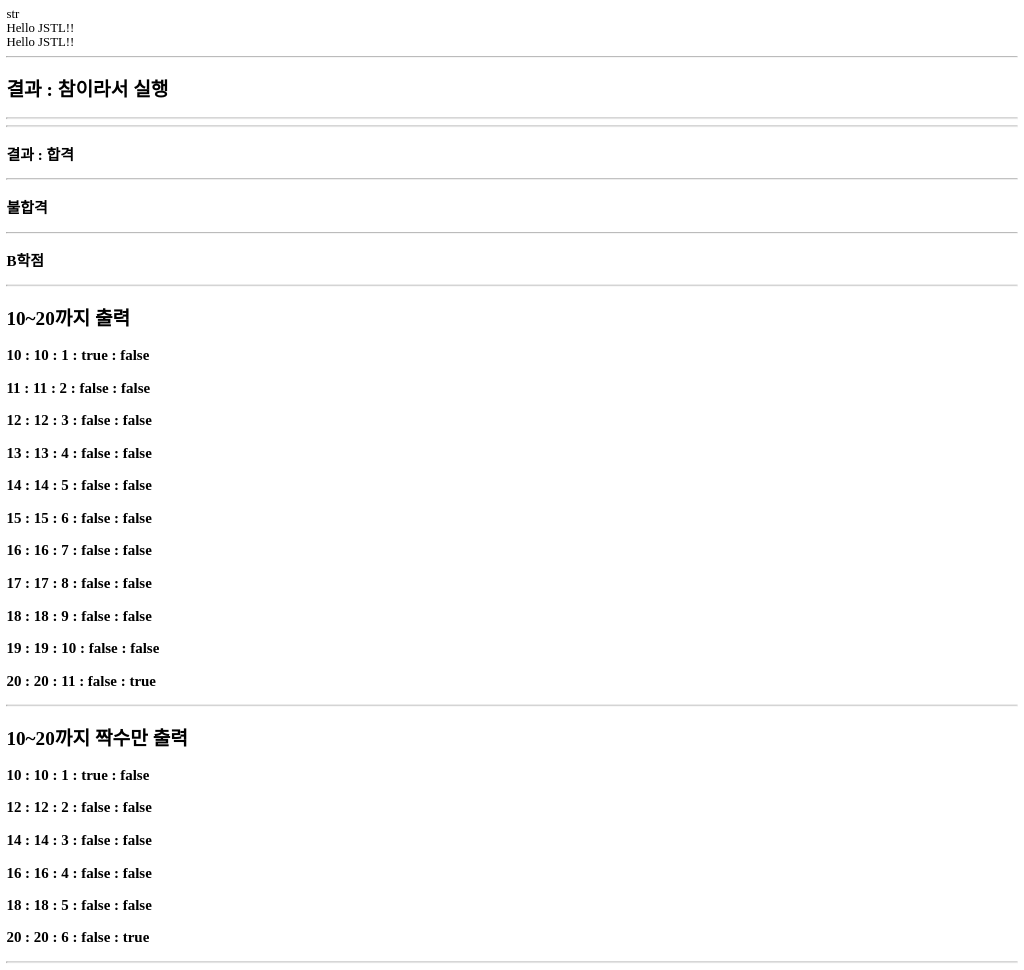
Repository: hagjun/jspstudy
Page: http://localhost/01_servlet/jsp/ex09_jstl.jsp
An editor plug-in stored every save of this project. The page is shown before and after the next save, followed by the edit.
The browser window is 1280 px wide. The pictures show the whole page, at 80% of full size.
The page is served by Tomcat 9.

Above is the page before, as saved 2024-03-07 02:59:55.

After the next save:
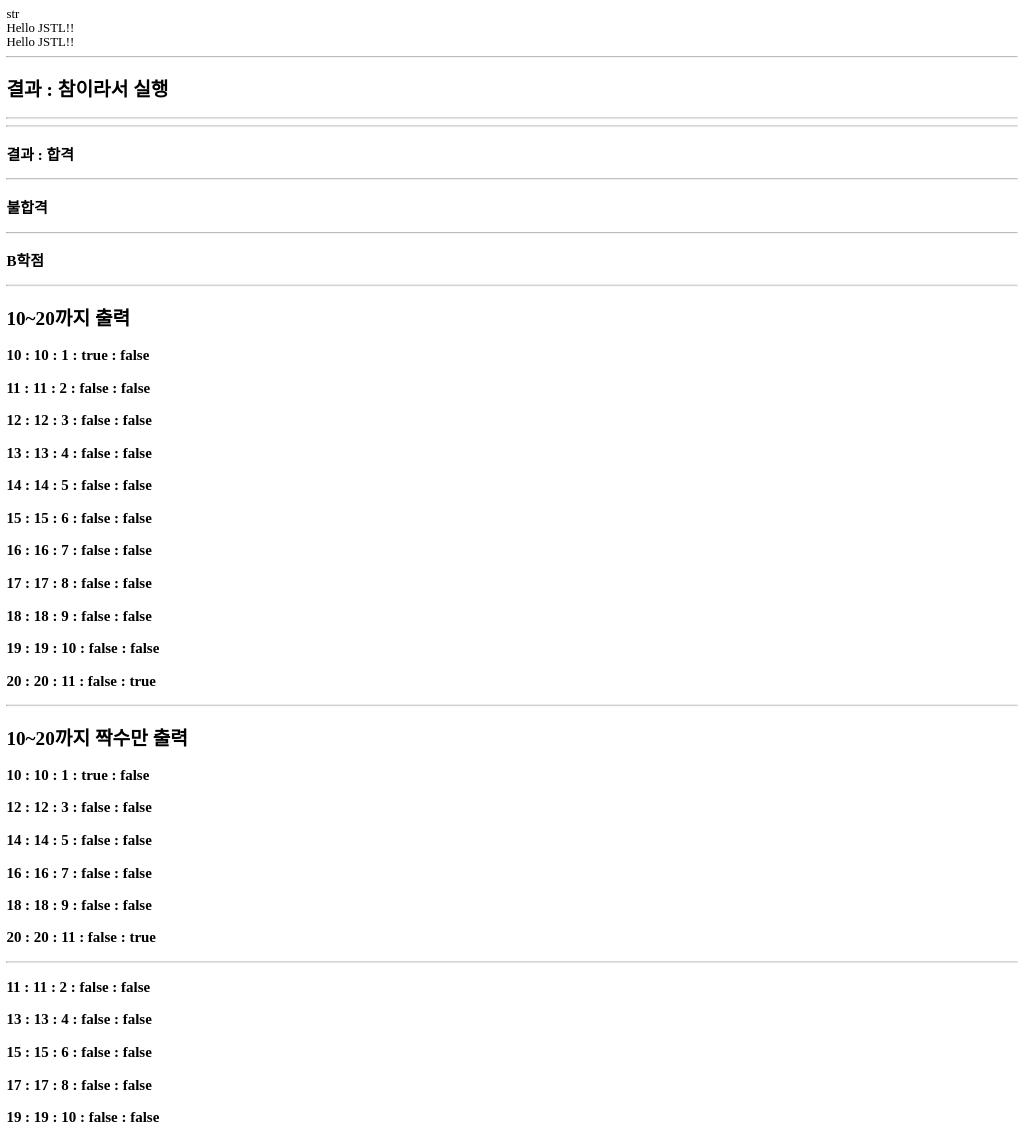
Saved 26 s later.
--- a/01_servlet/src/main/webapp/jsp/ex09_jstl.jsp
+++ b/01_servlet/src/main/webapp/jsp/ex09_jstl.jsp
@@ -117,13 +117,19 @@
 
 	<%-- 짝수만 출력 --%>
 	<h2>10~20까지 짝수만 출력</h2>
-	<c:forEach begin="10" end="20" step="2" var="k" varStatus="vs">
+	<c:forEach begin="10" end="20" step="1" var="k" varStatus="vs">
 		<c:if test="${k%2 eq 0 }">
 		<h3>${k} : ${vs.index } : ${vs.count } : ${vs.first } : ${vs.last }</h3>
 		</c:if>
 	</c:forEach>
 	<hr>
 
+	<c:forEach begin="10" end="20" step="1" var="k" varStatus="vs">
+		<c:if test="${k%2 eq 1 }">
+		<h3>${k} : ${vs.index } : ${vs.count } : ${vs.first } : ${vs.last }</h3>
+		</c:if>
+	</c:forEach>
+
 
 </body>
 </html>
